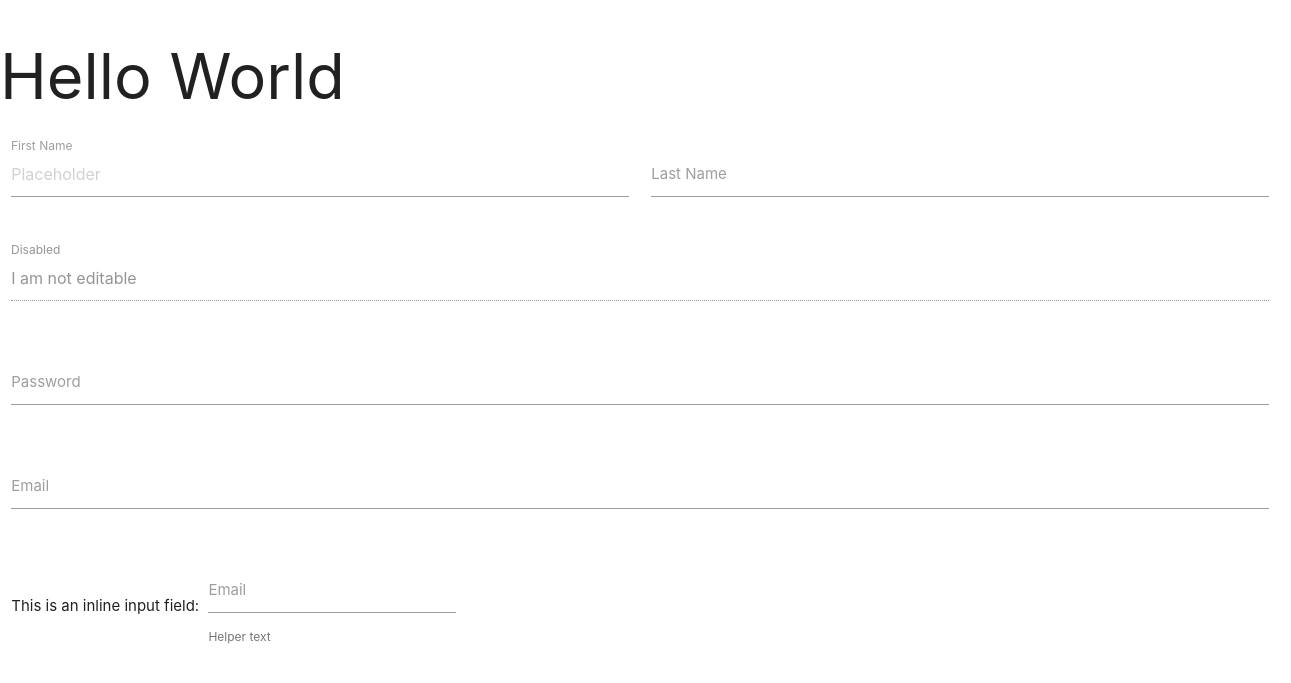
Repository: RavinakS/signup-page-html-js
Page: index.html
The author's editor kept a copy of each file at every save. The page is drawn from the files as they stood at one save, then again after the next save.
The browser window is 1280 px wide. The page is 1291 px wide, so the pictures cover 1291 px, including what lies to the right of the window. The pictures show the whole page.

Above is the page before, as saved 2021-12-13 11:07:28.

After the next save:
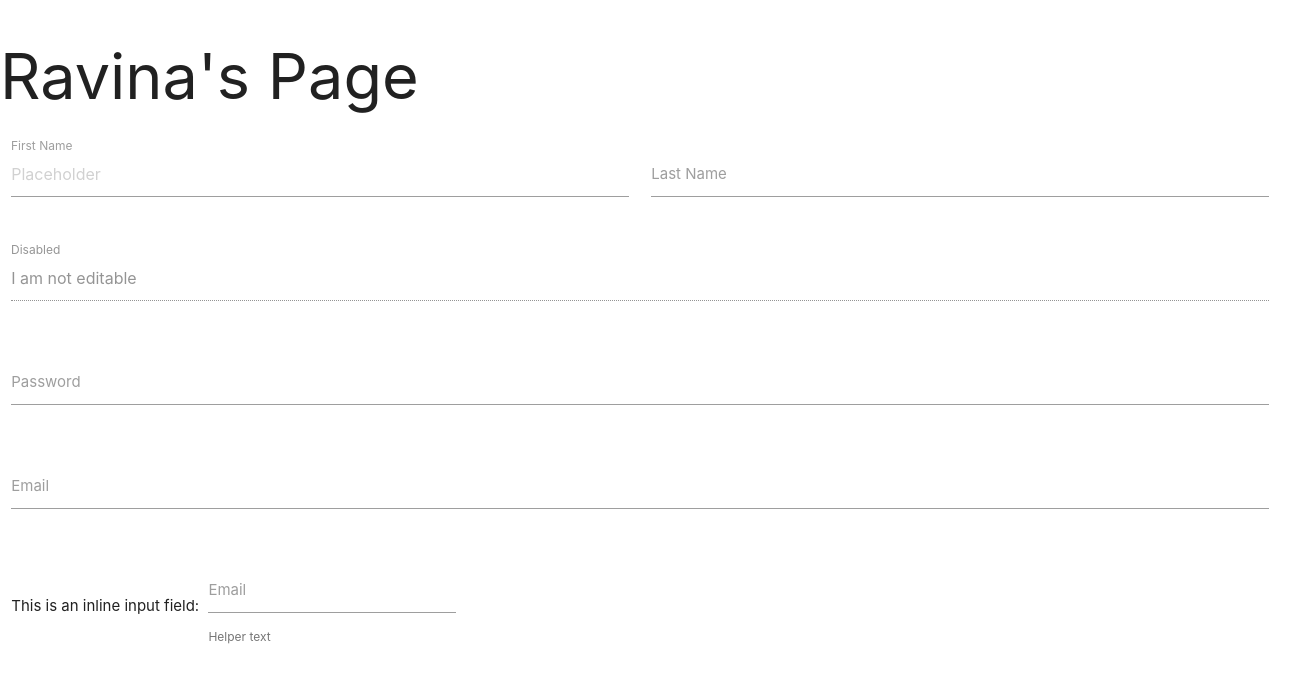
Saved 39 s later.
--- a/index.html
+++ b/index.html
@@ -11,7 +11,7 @@
 
 </head>
 <body>
-    <h1>Hello World</h1>
+    <h1>Ravina's Page</h1>
     <div class="row">
         <form class="col s12">
           <div class="row">
